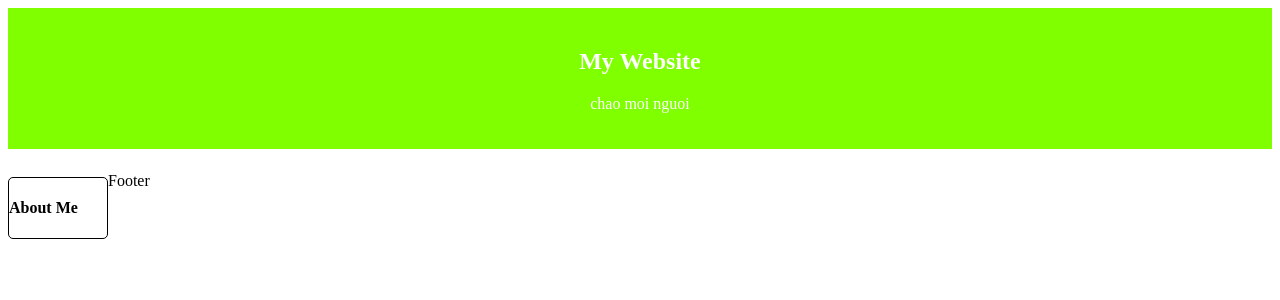
Repository: Lehuyhuynh/BTH2-CSS
Page: BTH2/index,.html
These files come from the project's save history. The page is drawn as it stood at one moment and after the next save; the edit follows.
The browser window is 1280 px wide. The pictures show the whole page.

Above is the page before, as saved 2023-08-11 11:03:39.

After the next save:
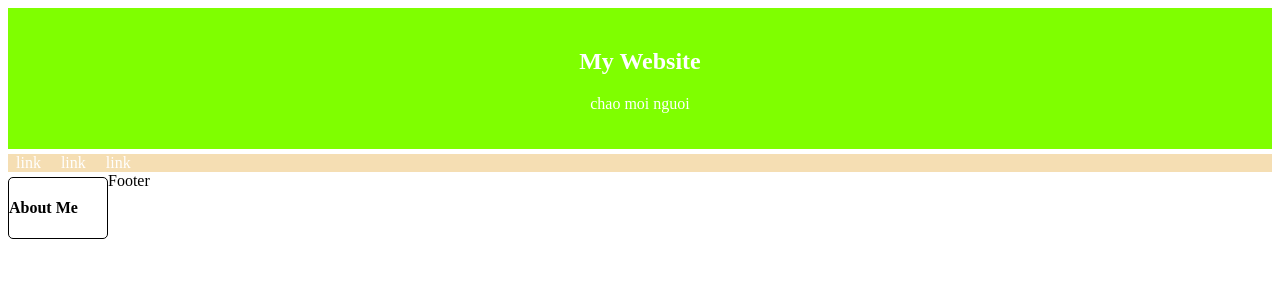
Saved 5 s later.
--- a/BTH2/style.css
+++ b/BTH2/style.css
@@ -16,7 +16,7 @@ p{
 
 }
 .head-link{
-  background-color: w;
+  background-color: wheat;
 }
 .head-link p{
   display: inline;
